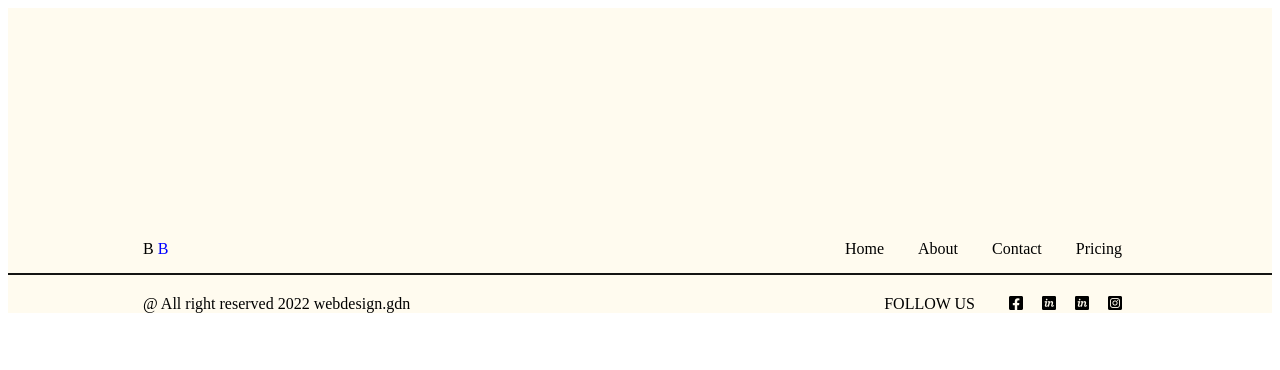
Repository: ngocphuocha/4lifeteam-marketing-agency
Page: index.html
The author's editor kept a copy of each file at every save. The page is drawn from the files as they stood at one save, then again after the next save.
The browser window is 1280 px wide. The pictures show the whole page.

Above is the page before, as saved 2023-03-13 16:47:03.

### index.html
<!DOCTYPE html>
<html lang="en">
  <head>
    <meta charset="UTF-8" />
    <meta http-equiv="X-UA-Compatible" content="IE=edge" />
    <meta name="viewport" content="width=device-width, initial-scale=1.0" />
    <title>Landing page</title>
    <!-- hoang nhi css -->
    <link rel="stylesheet" href="css/footer-service.css" />
    <link rel="stylesheet" href="https://use.fontawesome.com/releases/v5.15.4/css/all.css" integrity="sha384-DyZ88mC6Up2uqS4h/KRgHuoeGwBcD4Ng9SiP4dIRy0EXTlnuz47vAwmeGwVChigm" crossorigin="anonymous"/>
  </head>
  <body>
    <!-- Our service (Hoang nhi) -->

    <!--  our service (hoang nhi) -->
  </body>


    <div class="background-footer">
          <div class="container">
            <div class="footer-left">
              <span class="span-1">B</span>
              <span class="span-2">B</span>
            </div>
            <div class="footer-right">
              <span>Home</span>
              <span>About</span>
              <span>Contact</span>
              <span>Pricing</span>
            </div>
          </div>
          <div class="footer">
            <div class="text-left">
              <span>@ All right reserved 2022 webdesign.gdn</span>
            </div>
            <div class="text-right">
              <span>FOLLOW US</span>
              <i class="fab fa-facebook-square"></i>
              <i class="fab fa-invision"></i>
              <i class="fab fa-invision"></i>
              <i class="fab fa-instagram-square"></i>
            </div>
          </div>
          <!-- <div class="list-left">
            <a>dsadsa</a>
          </div>
          <div class="list-right">
            <ul>
              <li>
                <a>Home</a>
              </li>
              <li>
                <a>About</a>
              </li>
              <li>
                <a>Contact</a>
              </li>
              <li>
                <a>Pricing</a>
              </li>
            </ul>
          </div>
          <div class="navbar">
            <a style="color: white;">dsadsa</a>
          </div>
          <div class="footer-text">
            <a>@ All right reserved 2022 webdesign.gdn</a>
          </div>
          <div class="footer-icons">
            <ul>
              <li>
                <a>FOLLOW US</a>
              </li>
              <li>
                <i class="fab fa-facebook-square"></i>
              </li>
              <li>
                <i class="fab fa-invision"></i>

              </li>
              <li>
                <i class="fab fa-twitter-square"></i>
              </li>
              <li>
                <i class="fab fa-instagram-square"></i>
              </li>

            </ul>
          </div> -->

    </div>
</html>

### css/footer-service.css
/*

.background-footer{
    width: 100%;
    background: #FFFBEF;
}

.background-footer .footer-text{
    margin-left: 135px;
}



.background-footer .list-right{
   float: right;
}

.background-footer .list-right ul{
   display: flex;
   list-style: none;
   margin-right: 135px;
 }
 .background-footer .list-right ul li{
    padding-left: 30px;
  }

  .background-footer .navbar{
    float: left;
    border-bottom: 2px solid rgba(5, 5, 5, 0.938);
    width: 1250px;
    margin-left: 135px;
    margin-right: 135px;
 }
 .background-footer .footer-text{
    float: left;
    padding-top: 34px;
 }

 .background-footer .footer-icons{
    float: right;
    padding-top: 34px;
 }

 .background-footer .footer-icons ul{
    display: flex;
    list-style: none;
    margin-right: 135px;
 }
 .background-footer .footer-icons ul li{
    padding-left: 12px;

 }
 .background-footer .footer-icons ul li a{
    text-decoration: none;
 }



  */


  .background-footer{
    background: #FFFBEF;
    padding-top: 232px;
  }

  .background-footer .container{
    display: flex;
    justify-content: space-between;
    align-items: center;
    padding: 0px 135px 15px;
    border-bottom: 2px solid rgba(5, 5, 5, 0.938);
    margin-bottom: 20px;
  }

  .background-footer .container .footer-left .span-1{
    font-size: 16px;
  }
  .background-footer .container .footer-left .span-2{
    font-weight: 700px;
    font-size: 16px;
    color: blue;
  }

  .background-footer .container .footer-right span{
    padding: 0px 15px;
  }

  .background-footer .footer{
    display: flex;
    align-items: center;
    justify-content: space-between;
    padding: 0px 135px;
  }

  .background-footer .footer .text-right{
    padding-right: 15px;
  }
  .background-footer .footer .text-right span{
    padding: 0px 15px;
  }
  .background-footer .footer .text-right i{
    padding-left: 15px;
    font-weight: 36px;
  }

After the next save:
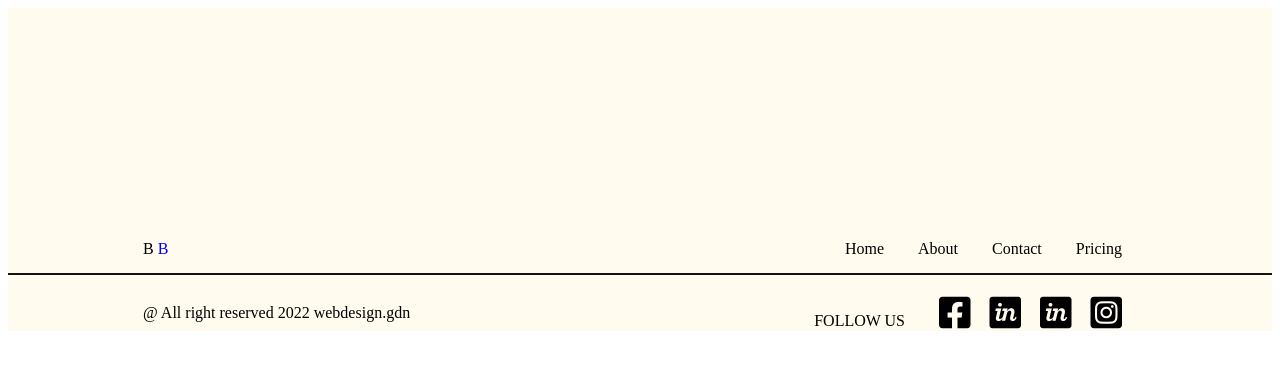
Saved 9 s later.
--- a/css/footer-service.css
+++ b/css/footer-service.css
@@ -101,5 +101,5 @@
   }
   .background-footer .footer .text-right i{
     padding-left: 15px;
-    font-weight: 36px;
+    font-size: 36px;
   }
